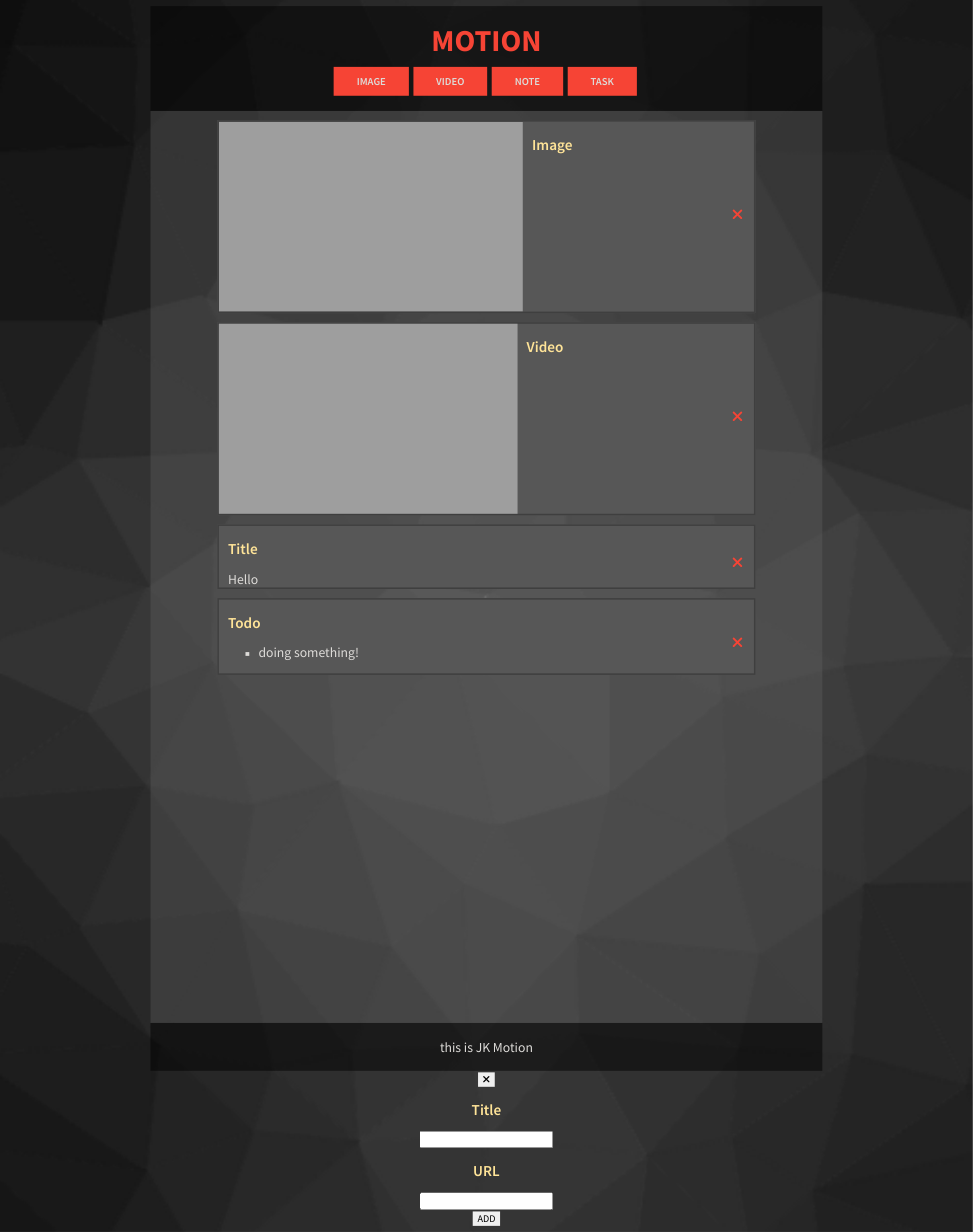
Repository: keehoonjung/Motion-project
Page: index.html
These files come from the project's save history. The page is drawn as it stood at one moment and after the next save; the edit follows.
The browser window is 1280 px wide. The pictures show the whole page, at 76% of full size.
Pictures or frames that could not be fetched are drawn as grey boxes. Some web libraries are served in a nearby version.

Above is the page before, as saved 2021-08-23 16:32:04.

After the next save:
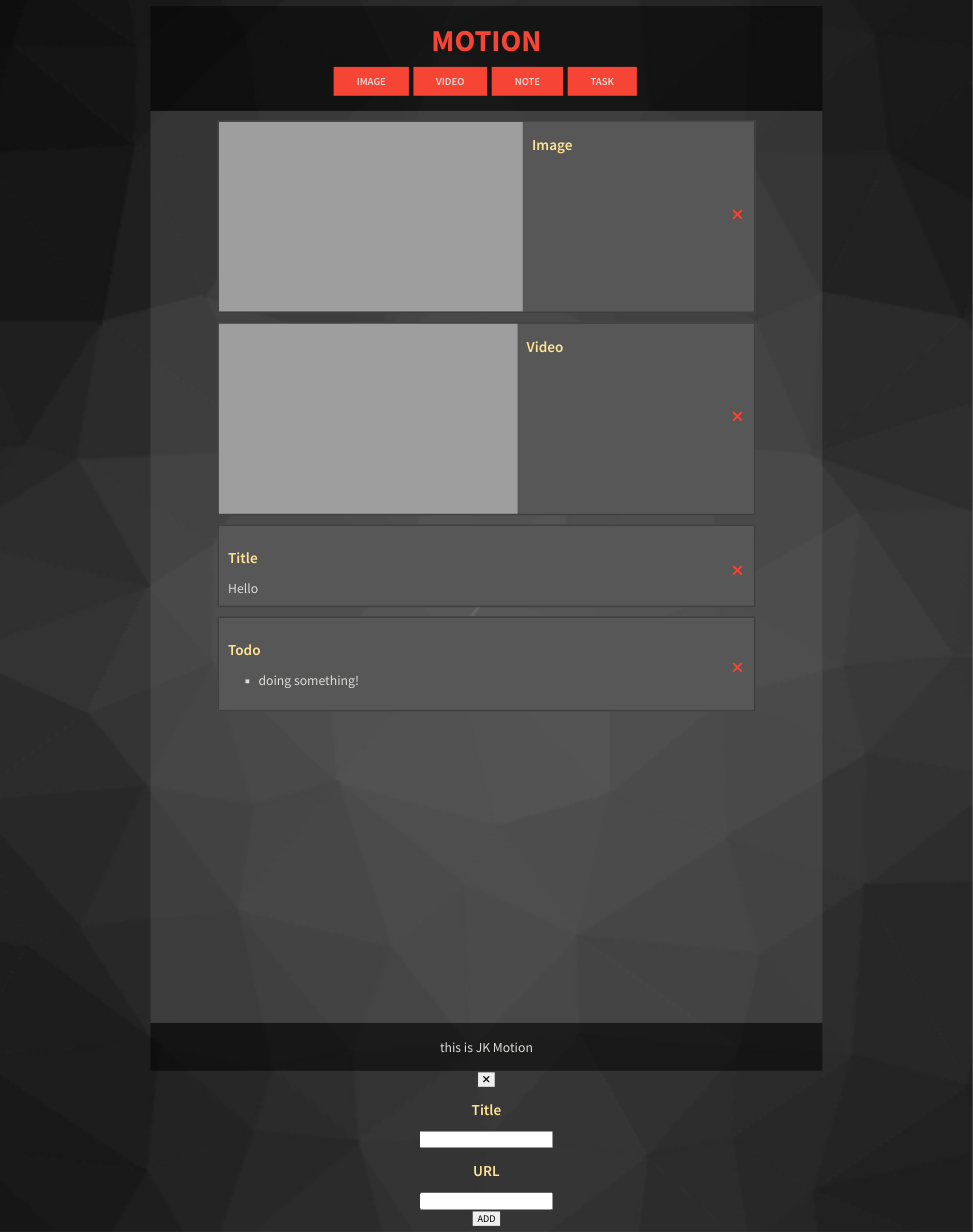
Saved 30 s later.
--- a/style.css
+++ b/style.css
@@ -127,7 +127,7 @@ button {
   margin: auto;
   margin-top: var(--margin-item);
   text-align: left;
-  padding-left: var(--margin-item);
+  padding: var(--margin-item);
 }
 
 .todo__item {
